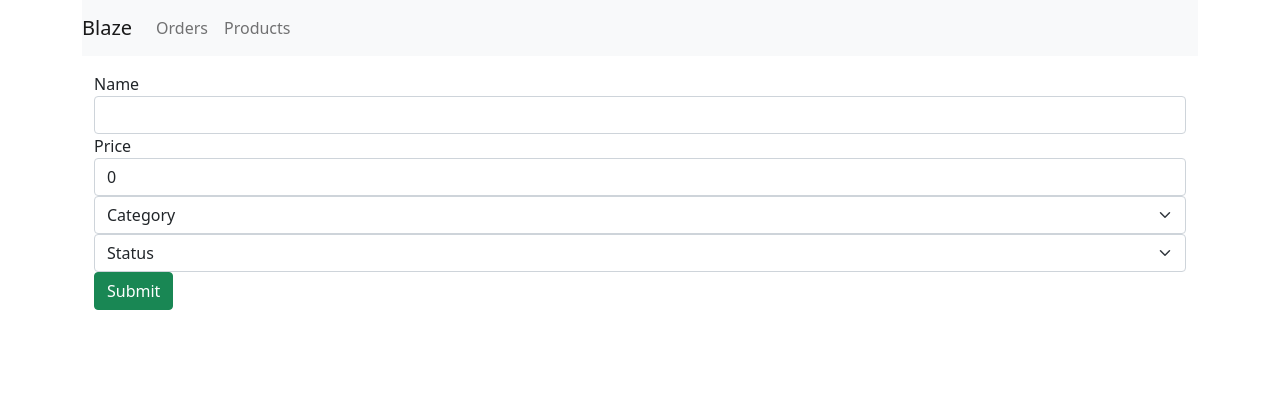
Repository: Isamae/Fractal
Page: /products/product (app in frond/)
An editor plug-in stored every save of this project. The page is shown before and after the next save, followed by the edit.
The browser window is 1280 px wide. The pictures show the whole page.
The project was rebuilt for these pictures with package versions that can differ from the ones it lists, and the page was loaded fresh each time. Also part of the build but not shown: frond/src/App.css, frond/src/components/ProductComponent.js, frond/src/components/OrderComponent.js.

Above is the page before, as saved 2021-09-16 17:03:24.

After the next save:
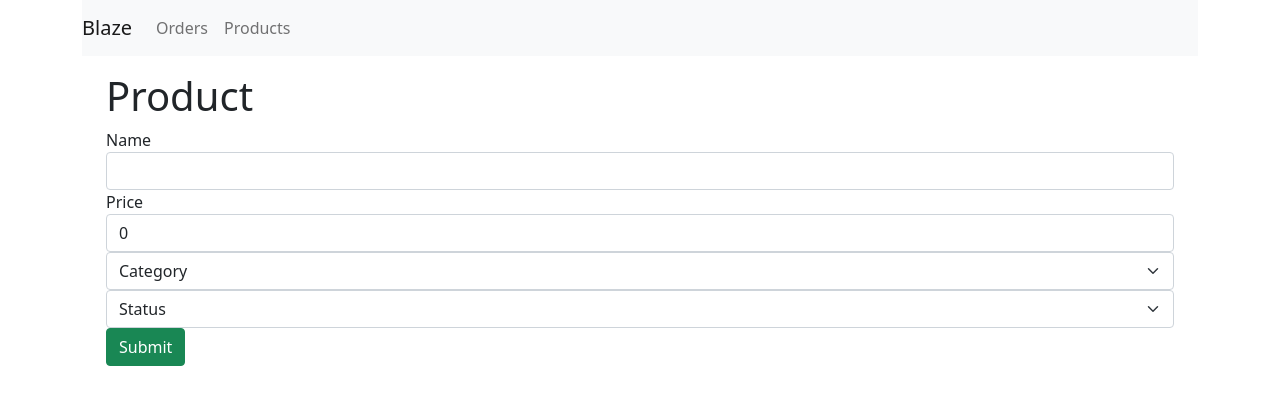
Saved 2 min 30 s later.
--- a/frond/src/components/AddProductComponent.js
+++ b/frond/src/components/AddProductComponent.js
@@ -85,77 +85,81 @@ class AddProduct extends Component {
 
     render() {
         return (
-        <div className="submit-form">
-            {this.state.submitted ? (
-            <div>
-                <h4>You submitted successfully!</h4>
-                <button className="btn btn-success" onClick={this.newProduct}>
-                    Add
-                </button>
+            <div  class="container ">
+                <div class="d-flex flex-row"><h1>Product</h1></div>
+
+                <div className="submit-form">
+                    {this.state.submitted ? (
+                    <div>
+                        <h4>You submitted successfully!</h4>
+                        <button className="btn btn-success" onClick={this.newProduct}>
+                            Add
+                        </button>
+                    </div>
+                    ) : (
+                    <div>
+                        <div className="form-group">
+                            <label htmlFor="name">Name</label>
+                            <input
+                                type="text"
+                                className="form-control"
+                                id="name"
+                                required
+                                value={this.state.name}
+                                onChange={this.onChangeName}
+                                name="name"
+                            />
+                        </div>
+
+                        <div className="form-group">
+                            <label htmlFor="price">Price</label>
+                            <input
+                                type="number"
+                                className="form-control"
+                                id="price"
+                                required
+                                value={this.state.price}
+                                onChange={this.onChangePrice}
+                                name="price"
+                            />
+                        </div>
+
+                        <div className="form-group">
+                            <select class="form-select"
+                                id="category"
+                                required
+                                value={this.state.product_category}
+                                onChange={this.onChangeCategory}
+                                name="category">
+                                <option selected>Category</option>
+                                <option value="Cookies">Cookies</option>
+                                <option value="Candies">Candies</option>
+                                <option value="Cakes">Cakes</option>
+                                <option value="Desserts">Desserts</option>
+                                <option value="Drinks">Drinks</option>
+                            </select>
+                        </div>
+
+                        <div className="form-group">
+                            <select class="form-select"
+                                id="active"
+                                required
+                                value={this.state.active}
+                                onChange={this.onChangeStatus}
+                                name="active">
+                                <option selected>Status</option>
+                                <option value="Cookies">Active</option>
+                                <option value="Candies">Inactive</option>
+                            </select>
+                        </div>
+
+                        <button onClick={this.saveProduct} className="btn btn-success">
+                            Submit
+                        </button>
+                    </div>
+                    )}
+                </div>
             </div>
-            ) : (
-            <div>
-                <div className="form-group">
-                    <label htmlFor="name">Name</label>
-                    <input
-                        type="text"
-                        className="form-control"
-                        id="name"
-                        required
-                        value={this.state.name}
-                        onChange={this.onChangeName}
-                        name="name"
-                    />
-                </div>
-
-                <div className="form-group">
-                    <label htmlFor="price">Price</label>
-                    <input
-                        type="number"
-                        className="form-control"
-                        id="price"
-                        required
-                        value={this.state.price}
-                        onChange={this.onChangePrice}
-                        name="price"
-                    />
-                </div>
-
-                <div className="form-group">
-                    <select class="form-select"
-                        id="category"
-                        required
-                        value={this.state.product_category}
-                        onChange={this.onChangeCategory}
-                        name="category">
-                        <option selected>Category</option>
-                        <option value="Cookies">Cookies</option>
-                        <option value="Candies">Candies</option>
-                        <option value="Cakes">Cakes</option>
-                        <option value="Desserts">Desserts</option>
-                        <option value="Drinks">Drinks</option>
-                    </select>
-                </div>
-
-                <div className="form-group">
-                    <select class="form-select"
-                        id="active"
-                        required
-                        value={this.state.active}
-                        onChange={this.onChangeStatus}
-                        name="active">
-                        <option selected>Status</option>
-                        <option value="Cookies">Active</option>
-                        <option value="Candies">Inactive</option>
-                    </select>
-                </div>
-
-                <button onClick={this.saveProduct} className="btn btn-success">
-                    Submit
-                </button>
-            </div>
-            )}
-        </div>
         );
     }
 }
